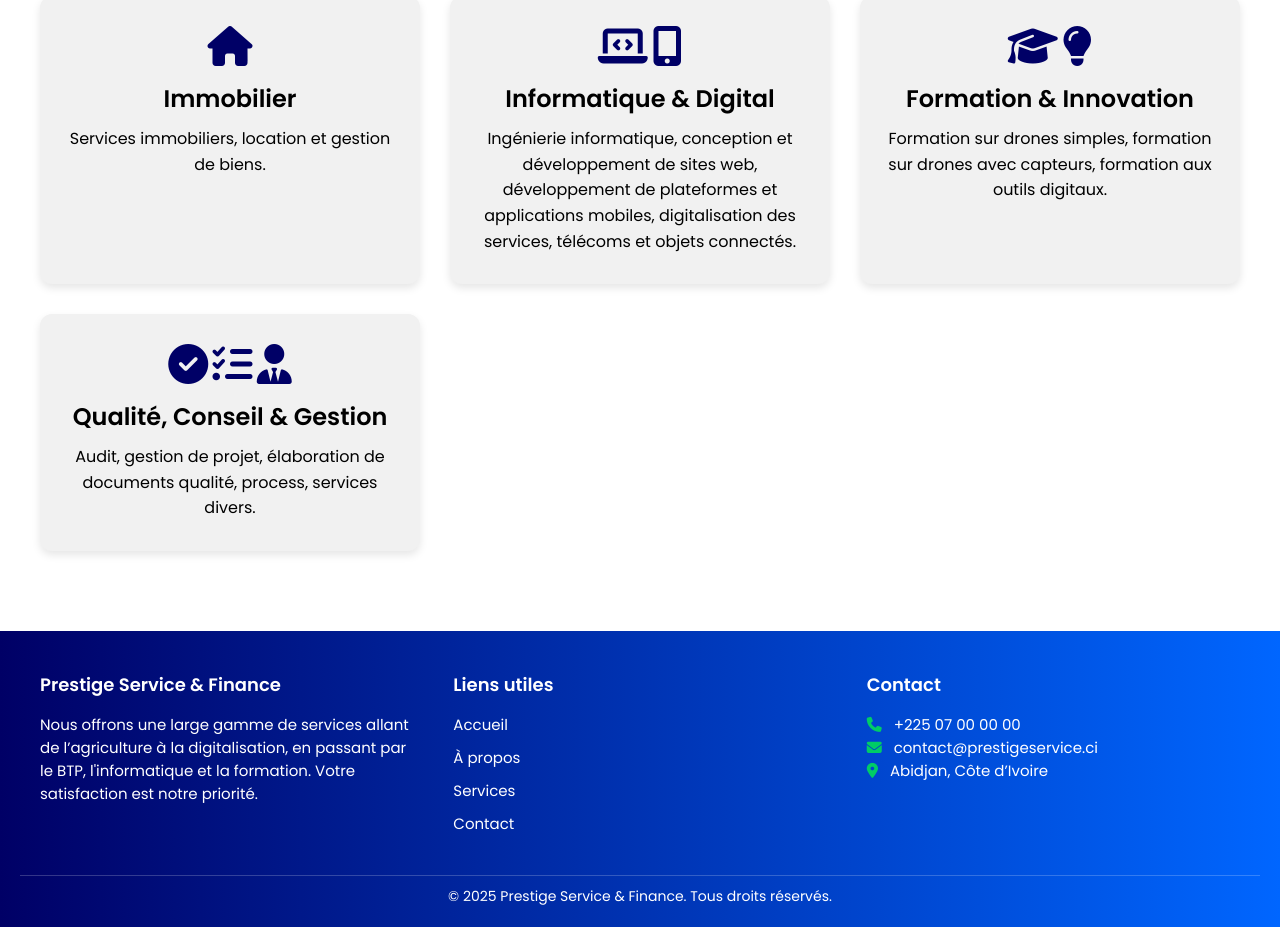
Repository: prestige225/prestige_services_et_finances
Page: AM.HTML
These files come from the project's save history. The page is drawn as it stood at one moment and after the next save; the edit follows.
The browser window is 1280 px wide. The pictures show the part of the page from y = 1280 to 2232 px (the page is 2207 px tall before and 2232 px after).

Above is the page before, as saved 2025-05-30 03:06:17.
Not found: style.css

### AM.HTML

<!DOCTYPE html>
<html lang="fr">
<head>
  <meta charset="UTF-8">
  <meta name="viewport" content="width=device-width, initial-scale=1.0">
  <title>Prestige Service et Finance</title>
  <link rel="stylesheet" href="style.css">
  <link rel="stylesheet" href="https://cdnjs.cloudflare.com/ajax/libs/font-awesome/6.5.0/css/all.min.css">

  <style>
    @import url('https://fonts.googleapis.com/css2?family=Poppins:wght@300;400;600&display=swap');

    * {
      box-sizing: border-box;
      padding: 0;
      margin: 0;
      font-family: 'Poppins', sans-serif;
    }

    body {
      background-color: #f5f5f5;
      padding-top: 100px;
      transition: background-color 0.3s ease;
    }

    header {
      background: linear-gradient(90deg, #0066FF, #000066);
      color: white;
      display: flex;
      justify-content: space-between;
      align-items: center;
      padding: 10px 30px;
      position: fixed;
      top: 0;
      left: 0;
      width: 100%;
      z-index: 1000;
    }

    .logo {
      display: flex;
      align-items: center;
      gap: 10px;
    }

    .logo img {
      width: 80px;
      height: 80px;
      object-fit: cover;
      border-radius: 50%;
    }

    .logo h1 {
      color: #fff;
      font-size: 1.5rem;
      text-transform: uppercase;
    }

    .logo h1:hover {
      color: rgb(22, 190, 22);
      text-decoration: underline;

    }

    nav ul {
      display: flex;
      gap: 25px;
      list-style: none;
    }

    nav ul li {
      opacity: 0;
      transform: translateY(-20px);
      animation: fadeIn 1s ease-out forwards;
    }

    @keyframes fadeIn {
      to {
        opacity: 1;
        transform: translateY(0);
      }
    }

    nav ul li a {
      text-decoration: none;
      color: white;
      font-size: 18px;
      font-weight: bold;
      transition: 0.3s;
    }

    nav ul li a:hover {
      color: rgb(22, 190, 22);
      text-decoration: underline;
    }

    /* Responsive mobile */
    @media (max-width: 768px) {
      header {
        flex-direction: column;
        align-items: flex-start;
        padding: 15px;
      }

      nav ul {
        flex-direction: column;
        gap: 10px;
        margin-top: 10px;
      }

      .logo {
        justify-content: center;
        width: 100%;
      }
    }


    /* Section Services */
.services {
  background-color: #ffffff;
  padding: 80px 20px;
  text-align: center;
}

.section-title {
  font-size: 2.5rem;
  color: #000066;
  margin-bottom: 40px;
  text-transform: uppercase;
  font-weight: 600;
}

.service-list {
  display: grid;
  grid-template-columns: repeat(auto-fit, minmax(280px, 1fr));
  gap: 30px;
  max-width: 1200px;
  margin: auto;
}

.service-item {
  background-color: #f1f1f1;
  border-radius: 12px;
  padding: 30px 20px;
  box-shadow: 0 4px 8px rgba(0, 0, 0, 0.1);
  transition: transform 0.3s ease;
}

.service-item:hover {
  transform: translateY(-10px);
  background-color: #0066FF;
  color: white;
}

.service-item i {
  font-size: 40px;
  margin-bottom: 15px;
  color: #000066;
}

.service-item h3 {
  font-size: 1.5rem;
  margin-bottom: 10px;
}

.service-item p {
  font-size: 1rem;
  line-height: 1.6;
}



    /* Section HERO */
.hero {
  position: relative;
  height: 100vh;
  background: url('image/ca.jpg') no-repeat center center/cover;
  display: flex;
  justify-content: center;
  align-items: center;
  color: white;
}

.welcome-section {
  position: absolute;
  width: 100%;
  height: 100%;
  background-color: rgba(0, 0, 0, 0.5); /* Overlay sombre */
  display: flex;
  justify-content: center;
  align-items: center;
  text-align: center;
  padding: 20px;
}

.welcome-title {
  font-size: 3rem;
  font-weight: bold;
  margin-bottom: 20px;
  animation: fadeInDown 1s ease-out;
}

.welcome-subtitle {
  font-size: 1.5rem;
  font-weight: 300;
  animation: fadeInUp 1s ease-out;
}

/* Animations */
@keyframes fadeInDown {
  from {
    opacity: 0;
    transform: translateY(-50px);
  }
  to {
    opacity: 1;
    transform: translateY(0);
  }
}

@keyframes fadeInUp {
  from {
    opacity: 0;
    transform: translateY(50px);
  }
  to {
    opacity: 1;
    transform: translateY(0);
  }
}

/* Responsive */
@media (max-width: 768px) {
  .welcome-title {
    font-size: 2rem;
  }
  .welcome-subtitle {
    font-size: 1.2rem;
  }
}


.site-footer {
  background: linear-gradient(90deg, #000066, #0066FF);
  color: #fff;
  padding: 40px 20px 20px;
  font-size: 15px;
}

.footer-container {
  display: flex;
  flex-wrap: wrap;
  justify-content: space-between;
  gap: 40px;
  max-width: 1200px;
  margin: auto;
}

.footer-about,
.footer-links,
.footer-contact {
  flex: 1;
  min-width: 250px;
}

.footer-about h2,
.footer-links h3,
.footer-contact h3 {
  margin-bottom: 15px;
  font-size: 18px;
}

.footer-links ul {
  list-style: none;
  padding: 0;
}

.footer-links li {
  margin-bottom: 10px;
}

.footer-links a {
  color: #fff;
  text-decoration: none;
}

.footer-links a:hover {
  color: #00cc66;
}

.footer-contact i {
  margin-right: 8px;
  color: #00cc66;
}

.footer-bottom {
  text-align: center;
  margin-top: 30px;
  border-top: 1px solid #ffffff33;
  padding-top: 10px;
  font-size: 14px;
}

  </style>
</head>
<body>
  <header class="site-header">
    <div class="logo">
      <img src="image/prestige.jpg" alt="Prestige Service Logo">
      <h1>Prestige Service Et Finance</h1>
    </div>
    <nav>
      <ul class="nav-list">
        <li><a href="index.html">Accueil</a></li>
        <li><a href="prestige.html">À propos</a></li>
        <li><a href="finance.html">Demande de service / devis</a></li>
        <li><a href="contact.html">Contact</a></li>
      </ul>
    </nav>
  </header>

  <!-- Section HERO -->
  <section class="hero">
    <div class="welcome-section">
      <div class="welcome-overlay">
        <h1 class="welcome-title">Bienvenue à Prestige Service Et Finance</h1>
        <p class="welcome-subtitle">Votre administration en poche</p>
      </div>
    </div>
  </section>

  <!-- Section de service -->
  <section class="services" id="services">
    <div class="container">
      <h2 class="section-title">Nos Services</h2>
      <div class="service-list">

        <div class="service-item">
          <i class="fas fa-seedling"></i>
          <h3>Agriculture & Environnement</h3>
          <p>Exploitation agricole, assainissement, entretien d'espaces verts.</p>
        </div>

        <div class="service-item">
          <i class="fas fa-shopping-cart"></i>
          <h3>Commerce & Distribution</h3>
          <p>Commerce général, vente de matériels informatiques et bureautiques, service de livraison.</p>
        </div>

        <div class="service-item">
          <i class="fas fa-hard-hat"></i>
          <h3>BTP & Logistique</h3>
          <p>Bâtiments et Travaux Publics (BTP), transport et location de matériel roulant.</p>
        </div>

        <div class="service-item">
          <i class="fas fa-house"></i>
          <h3>Immobilier</h3>
          <p>Services immobiliers, location et gestion de biens.</p>
        </div>

        <div class="service-item">
          <i class="fas fa-laptop-code"></i>
          <i class="fas fa-mobile-alt"></i>
          <h3>Informatique & Digital</h3>
          <p>Ingénierie informatique, conception et développement de sites web, développement de plateformes et applications mobiles, digitalisation des services, télécoms et objets connectés.</p>
        </div>

        <div class="service-item">
          <i class="fas fa-graduation-cap"></i>
          <i class="fas fa-lightbulb"></i>
          <h3>Formation & Innovation</h3>
          <p>Formation sur drones simples, formation sur drones avec capteurs, formation aux outils digitaux.</p>
        </div>

        <div class="service-item">
          <i class="fas fa-check-circle"></i>
          <i class="fas fa-tasks"></i>
          <i class="fas fa-user-tie"></i>
          <h3>Qualité, Conseil & Gestion</h3>
          <p>Audit, gestion de projet, élaboration de documents qualité, process, services divers.</p>
        </div>

      </div>
    </div>
  </section>

  <!-- Footer -->
  <footer class="site-footer">
    <div class="footer-container">
      <div class="footer-about">
        <h2>Prestige Service & Finance</h2>
        <p>Nous offrons une large gamme de services allant de l’agriculture à la digitalisation, en passant par le BTP, l'informatique et la formation. Votre satisfaction est notre priorité.</p>
      </div>

      <div class="footer-links">
        <h3>Liens utiles</h3>
        <ul>
          <li><a href="index.html">Accueil</a></li>
          <li><a href="prestige.html">À propos</a></li>
          <li><a href="finance.html">Services</a></li>
          <li><a href="contact.html">Contact</a></li>
        </ul>
      </div>

      <div class="footer-contact">
        <h3>Contact</h3>
        <p><i class="fas fa-phone"></i> +225 07 00 00 00</p>
        <p><i class="fas fa-envelope"></i> contact@prestigeservice.ci</p>
        <p><i class="fas fa-map-marker-alt"></i> Abidjan, Côte d’Ivoire</p>
      </div>
    </div>

    <div class="footer-bottom">
      <p>&copy; 2025 Prestige Service & Finance. Tous droits réservés.</p>
    </div>
  </footer>
</body>
</html>

After the next save:
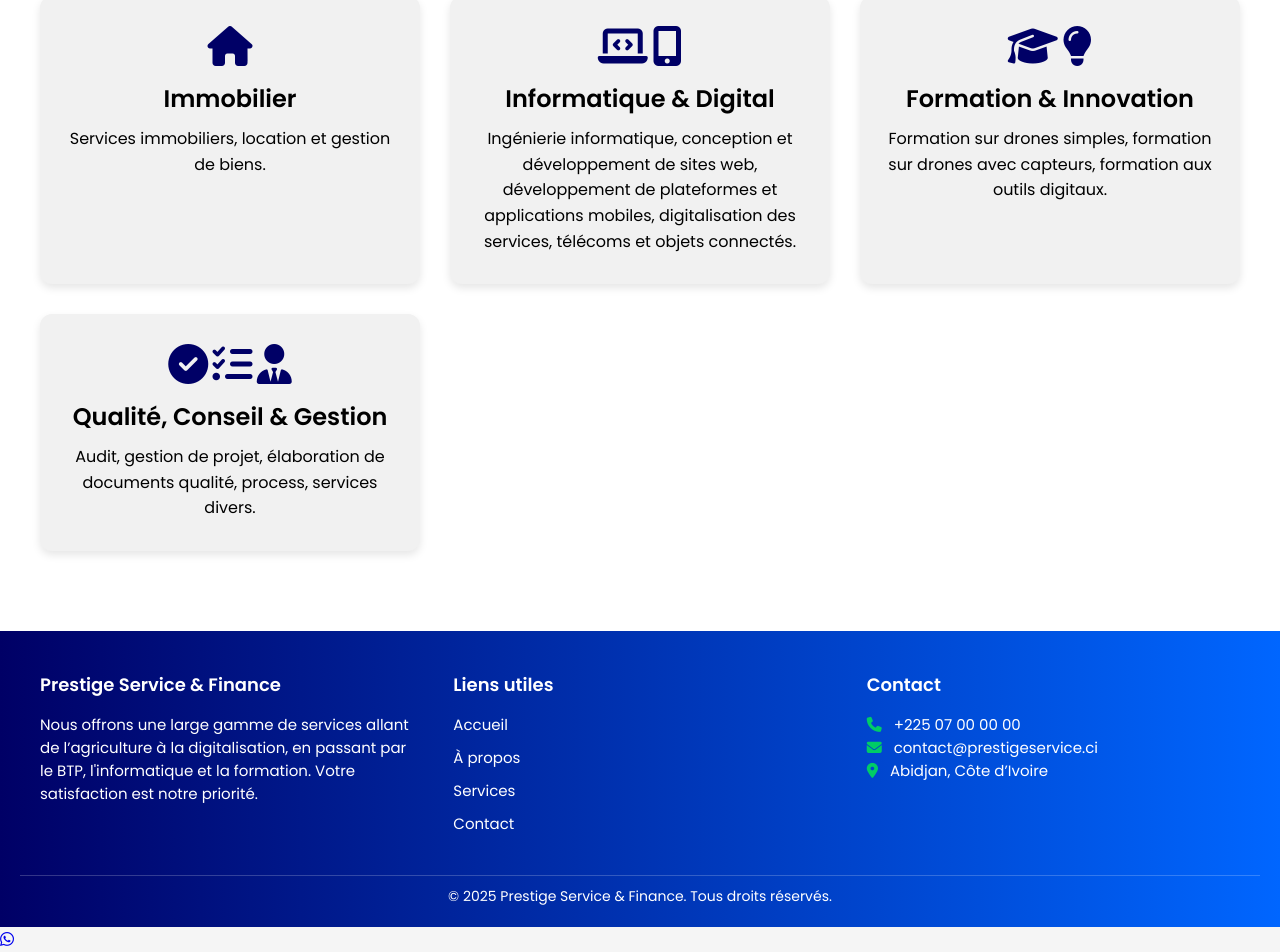
Saved 4 min 12 s later.
--- a/AM.HTML
+++ b/AM.HTML
@@ -416,5 +416,12 @@
       <p>&copy; 2025 Prestige Service & Finance. Tous droits réservés.</p>
     </div>
   </footer>
+  <a href="https://wa.me/2250700000000"
+   class="whatsapp-float"
+   target="_blank"
+   title="Contactez-nous sur WhatsApp">
+  <i class="fab fa-whatsapp"></i>
+</a>
+
 </body>
 </html>
